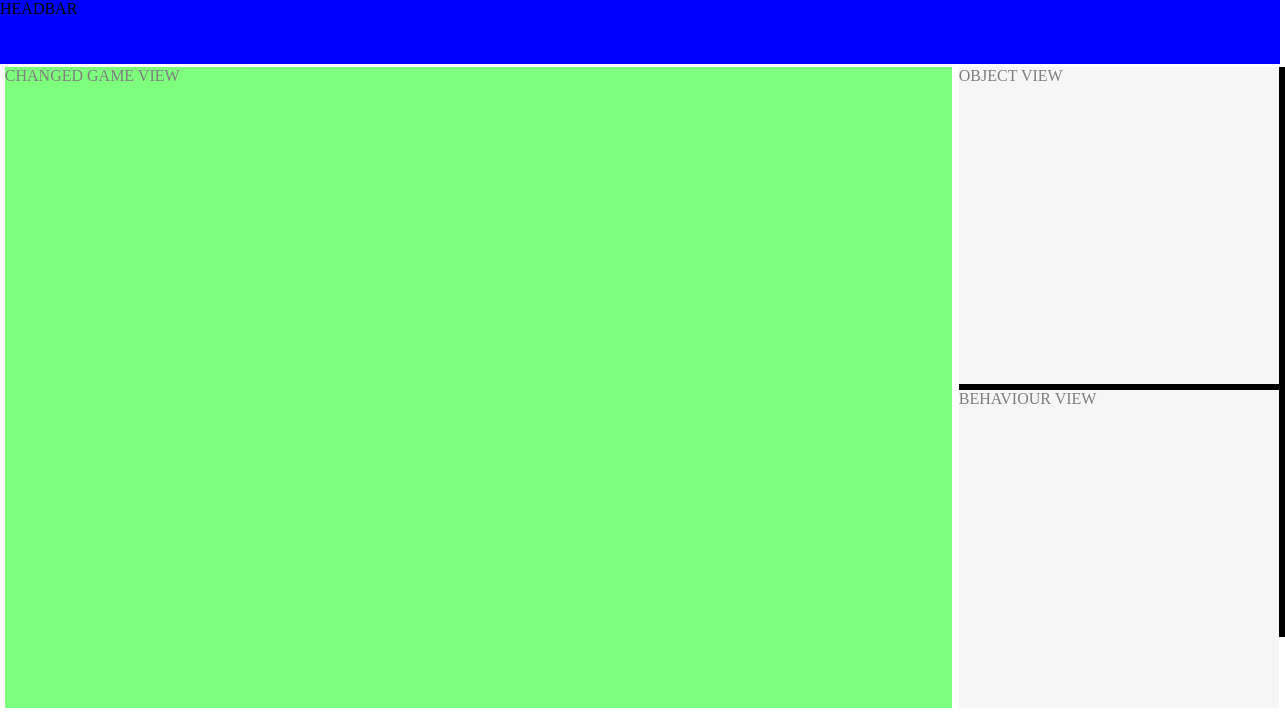
Repository: n-donnelly/onlinegameproto
Page: Content/main.html
The author's editor kept a record of every edit. The page is drawn from the files as they stood at one moment, then again after the next edit.
The browser window is 1280 px wide. The page is 1285 px wide, so the pictures cover 1285 px, including what lies to the right of the window. The pictures show the whole page.

Above is the page before.

### Content/main.html
<!DOCTYPE html>
<!-- HTML5 Hello world by kirupa - http://www.kirupa.com/html5/getting_your_feet_wet_html5_pg1.htm -->
<html lang="en-us">

<head>
<meta charset="utf-8">
<link rel="stylesheet" type="text/css" href="/CSS/main.css">
<title>Online Game Prototyping Tool</title>
</head>

<body>

<div id="header">HEADBAR</div>


<div id="content">
    <div id="gameView">GAME VIEW</div>

    <div class="resize_bar vert_resizer"></div>

    <div id="rightBar">
        <div id="objectView">OBJECT VIEW</div>
        <div class="resize_bar hor_resizer"></div>
        <div id="behaviourView">BEHAVIOUR VIEW</div>
    </div>
</div>
<script src="/scripts/jquery-2.1.3.min.js"></script>
<script src="/scripts/main.js"></script>

</body>
</html>

### CSS/main.css
#header {
    height: 64px;
    background: #0000ff;
    margin-bottom: 0.2em;
}

#gameView {
    float: left;
    background: #00ff00;
    width: 74%;
    height: 100%;
    opacity: 0.5;
}

#rightBar {
    width: 25%;
    height:100%;
    float:right;
}

#objectView {
    height: 49.5%;
    background: #eee;
    opacity: 0.5;
}

#behaviourView {
    height: 49.5%;
    background: #eee;
    opacity: 0.5;
}

#content {
    height:89%;
    width: 100%;
    position: absolute;
    margin-right: 0.4em;
    left: 0.3em;
}

.resize_bar {
    background: #000;
    cursor: resize_bar;
}

.hor_resizer {
    height: 6px;
    width: 100%;
    right:0px;
}

.vert_resizer {
    width: 6px;
    height:89%;
    float: right;
}

body {
    margin: 0px;
}

### scripts/main.js
$("#gameView").html("CHANGED GAME VIEW")

Loaded but not shown: scripts/jquery-2.1.3.min.js (library)

After the next edit:
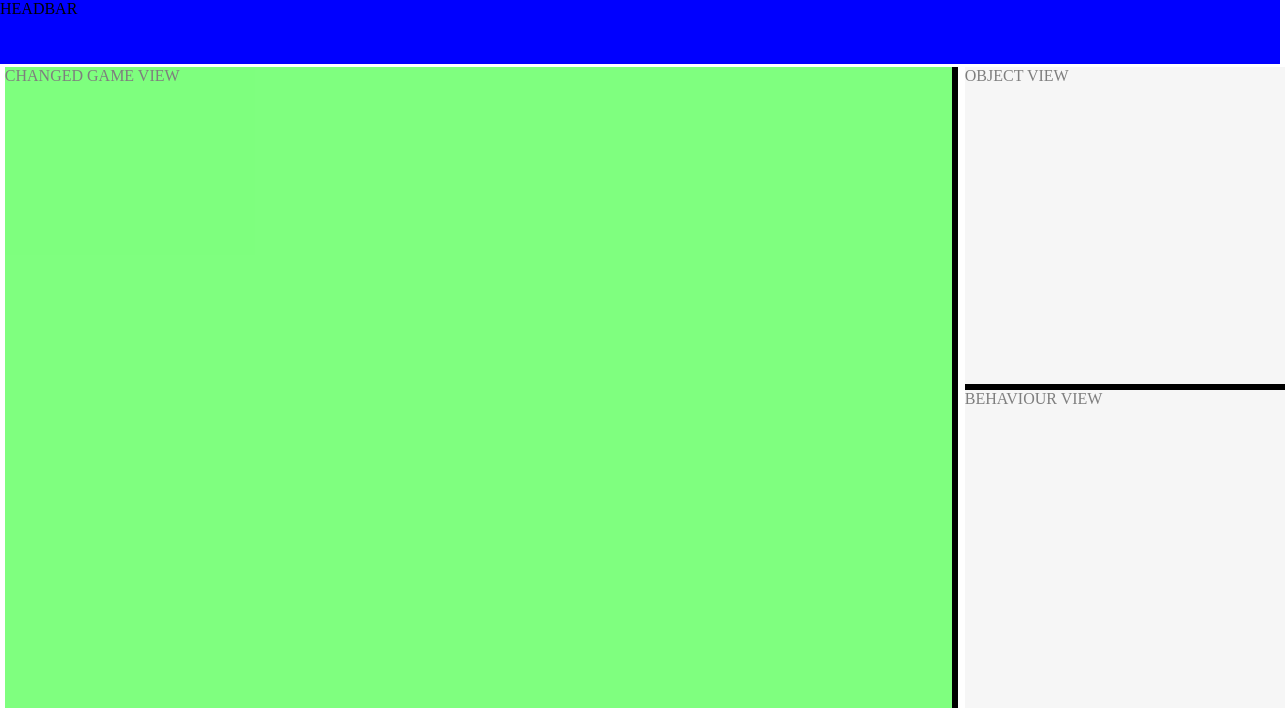
The edit:
--- a/CSS/main.css
+++ b/CSS/main.css
@@ -51,8 +51,8 @@
 
 .vert_resizer {
     width: 6px;
-    height:89%;
-    float: right;
+    height:100%;
+    float: left;
 }
 
 body {
